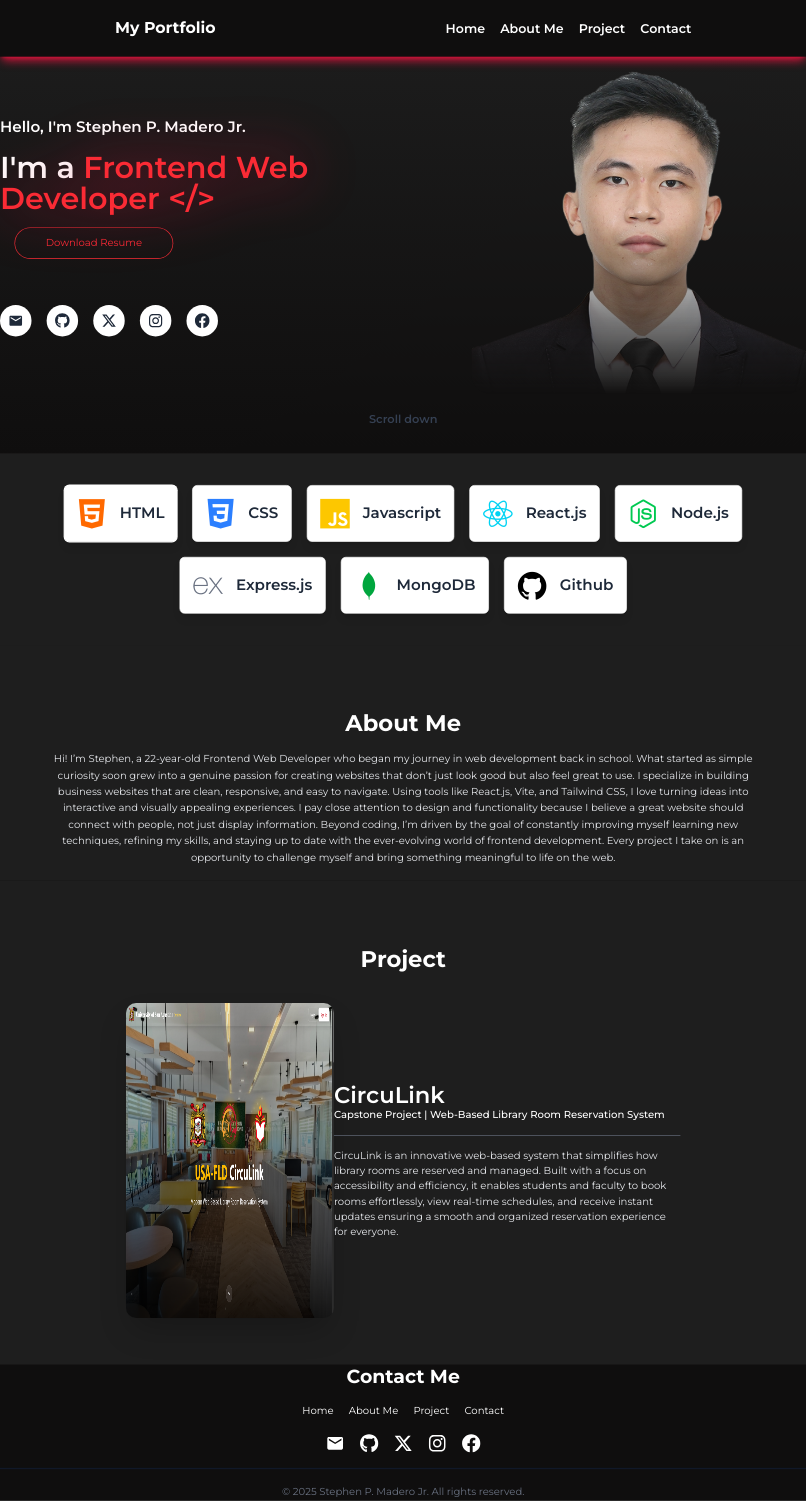
Repository: KaguyaKawaii/portfolio
Page: / (app in frontend/)
An editor plug-in stored every save of this project. The page is shown before and after the next save, followed by the edit.
The browser window is 1280 px wide. The pictures show the whole page, at 63% of full size.
Some web libraries are served in a nearby version. The project was rebuilt for these pictures with package versions that can differ from the ones it lists, and the page was loaded fresh each time. Also part of the build but not shown: frontend/vite.config.js.

Above is the page before, as saved 2025-10-29 01:03:40.

After the next save:
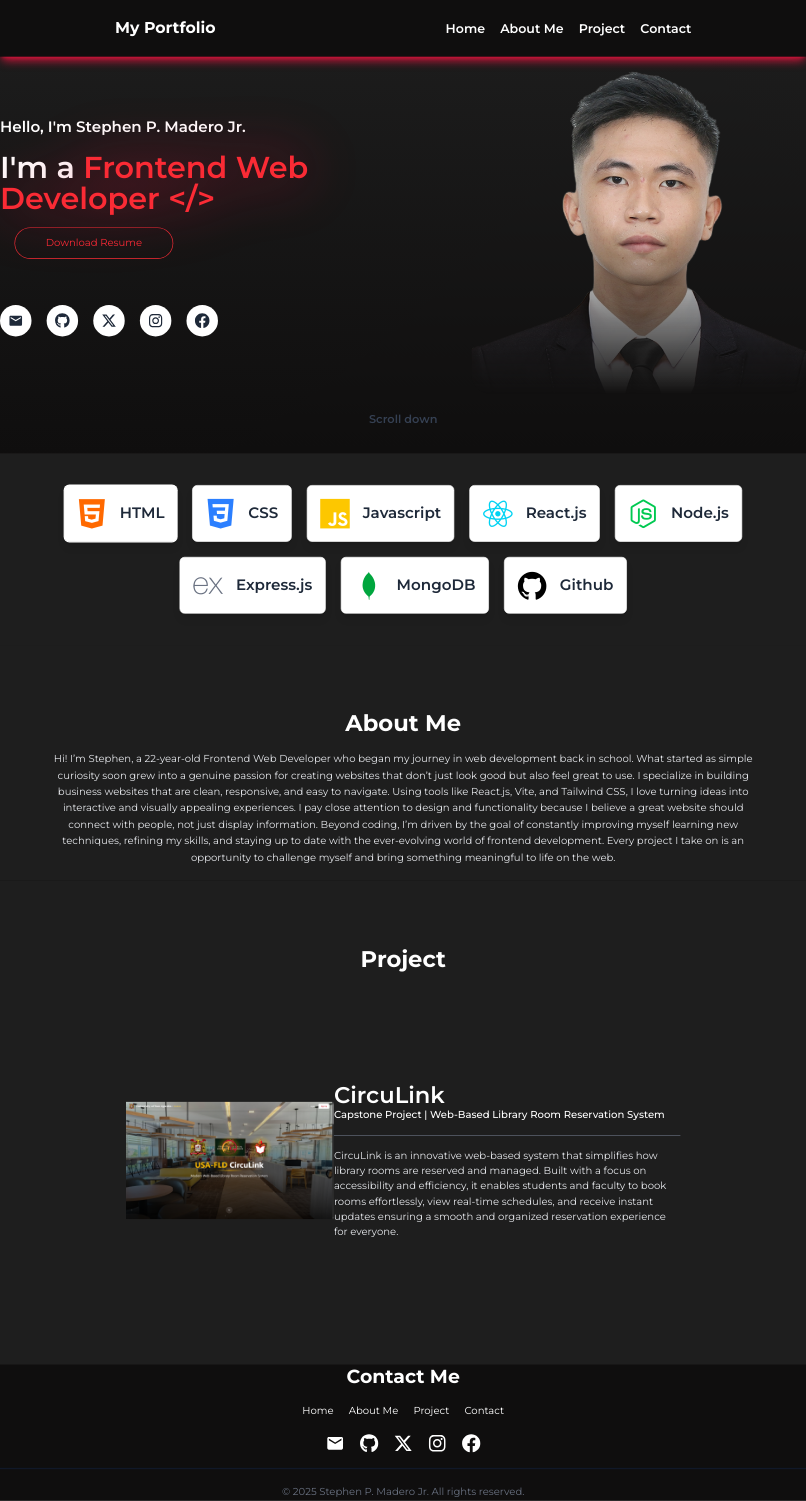
Saved 36 h 47 min later.
--- a/frontend/src/App.jsx
+++ b/frontend/src/App.jsx
@@ -232,9 +232,9 @@
                 <div className='flex items-center justify-between mx-50  h-[600px]'>
 
                   <div>
-                    <a href="https://circulink-beta-testing.vercel.app/" target="_blank" rel="">
+                    <a className='rounded-2xl shadow-2xl hover:shadow-red-800 transition-all duration-500 hover:scale-110 w-[800px] h-[500px]' href="https://circulink-beta-testing.vercel.app/" target="_blank" rel="">
                     <img src={project}
-                    className='rounded-2xl shadow-2xl hover:shadow-red-800 transition-all duration-500 hover:scale-110 w-[800px] h-[500px]'
+
                     alt="" />
                     </a>
                   </div>

After the 2 saves that followed:
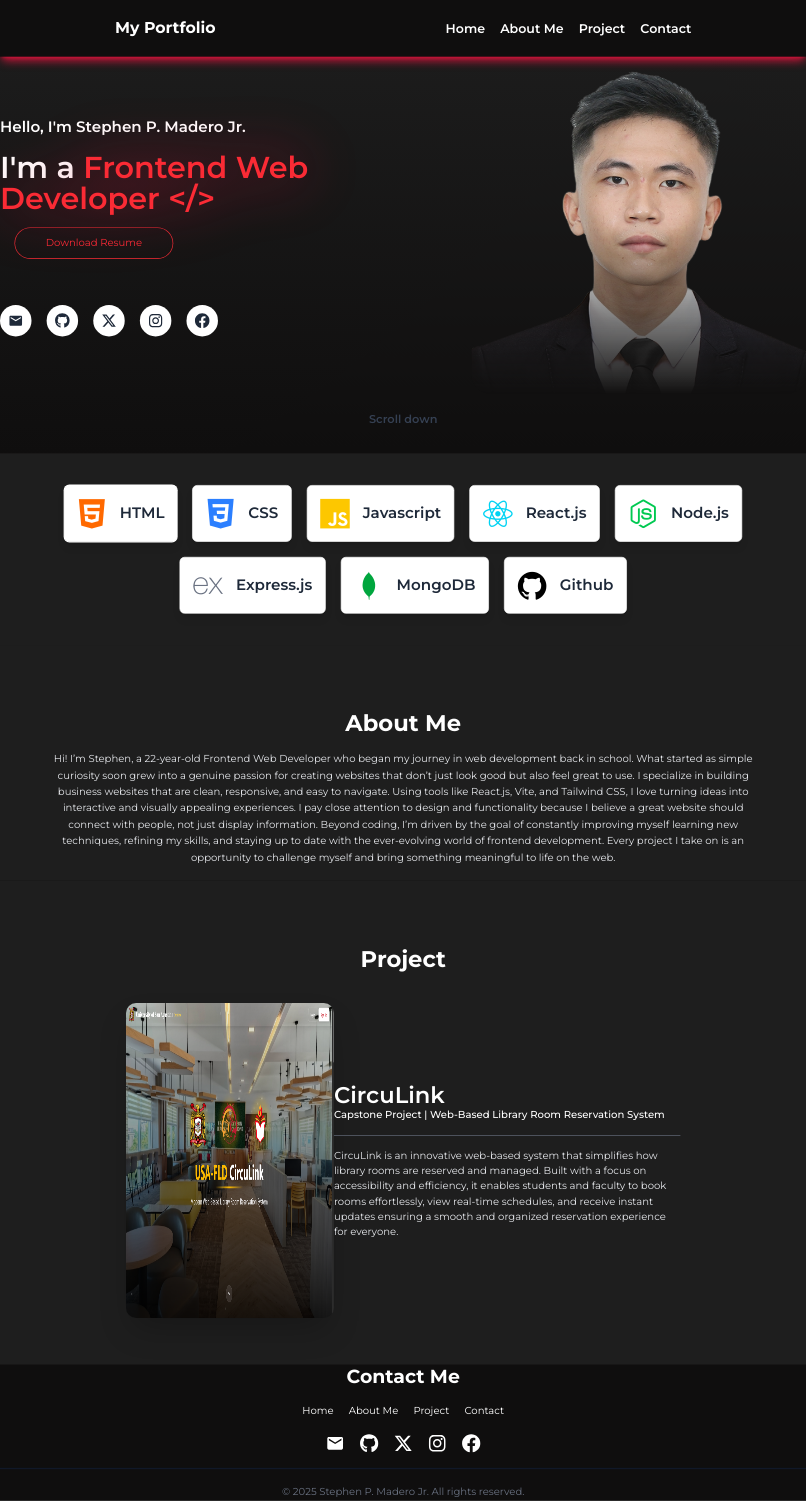
The 2 saves are shown as one change because 1 left the picture as it was.
The last was saved 19 s later.
--- a/frontend/src/App.jsx
+++ b/frontend/src/App.jsx
@@ -232,9 +232,9 @@
                 <div className='flex items-center justify-between mx-50  h-[600px]'>
 
                   <div>
-                    <a className='rounded-2xl shadow-2xl hover:shadow-red-800 transition-all duration-500 hover:scale-110 w-[800px] h-[500px]' href="https://circulink-beta-testing.vercel.app/" target="_blank" rel="">
+                    <a  href="https://circulink-beta-testing.vercel.app/" target="_blank" rel="">
                     <img src={project}
-
+                    className='rounded-2xl shadow-2xl hover:shadow-red-800 transition-all duration-500 hover:scale-110 w-[800px] h-[500px]'
                     alt="" />
                     </a>
                   </div>
